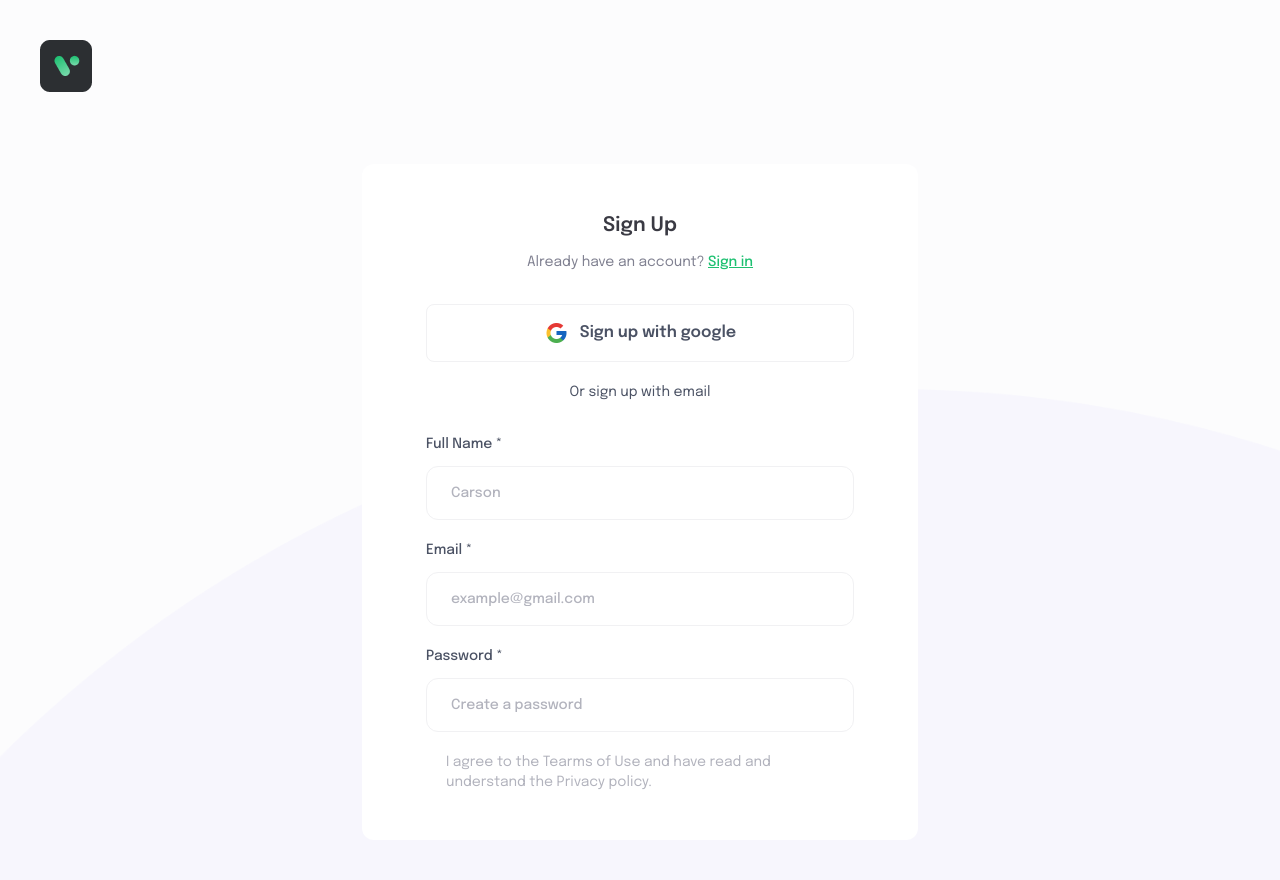
Repository: CarsonDev1/Crowfunding
Page: /sign-up
An editor plug-in stored every save of this project. The page is shown before and after the next save, followed by the edit.
The browser window is 1280 px wide. The pictures show the whole page.
The project was rebuilt for these pictures with package versions that can differ from the ones it lists, and the page was loaded fresh each time. Also part of the build but not shown: src/components/common/ErrorComponent.jsx, src/pages/SignIn.jsx.

Above is the page before, as saved 2023-04-07 11:26:52.

### public/index.html
<!DOCTYPE html>
<html lang="en">

<head>
  <meta charset="utf-8" />
  <link rel="icon" href="%PUBLIC_URL%/favicon.ico" />
  <meta name="viewport" content="width=device-width, initial-scale=1" />
  <meta name="theme-color" content="#000000" />
  <meta name="description" content="Web site created using create-react-app" />
  <link rel="apple-touch-icon" href="%PUBLIC_URL%/logo192.png" />
  <link rel="preconnect" href="https://fonts.googleapis.com">
  <link rel="preconnect" href="https://fonts.gstatic.com" crossorigin>
  <link
    href="https://fonts.googleapis.com/css2?family=Epilogue:ital,wght@0,300;0,400;0,500;0,600;0,700;0,800;0,900;1,300;1,400;1,500;1,600;1,700;1,800&family=Poppins:ital,wght@0,400;0,500;0,600;0,700;0,800;1,400;1,500;1,600;1,700&display=swap"
    rel="stylesheet">
  <!--
      manifest.json provides metadata used when your web app is installed on a
      user's mobile device or desktop. See https://developers.google.com/web/fundamentals/web-app-manifest/
    -->
  <link rel="manifest" href="%PUBLIC_URL%/manifest.json" />
  <!--
      Notice the use of %PUBLIC_URL% in the tags above.
      It will be replaced with the URL of the `public` folder during the build.
      Only files inside the `public` folder can be referenced from the HTML.

      Unlike "/favicon.ico" or "favicon.ico", "%PUBLIC_URL%/favicon.ico" will
      work correctly both with client-side routing and a non-root public URL.
      Learn how to configure a non-root public URL by running `npm run build`.
    -->
  <title>React App</title>
</head>

<body>
  <noscript>You need to enable JavaScript to run this app.</noscript>
  <div id="root"></div>
  <!--
      This HTML file is a template.
      If you open it directly in the browser, you will see an empty page.

      You can add webfonts, meta tags, or analytics to this file.
      The build step will place the bundled scripts into the <body> tag.

      To begin the development, run `npm start` or `yarn start`.
      To create a production bundle, use `npm run build` or `yarn build`.
    -->
</body>

</html>

### src/index.js
import React from "react";
import ReactDOM from "react-dom/client";
import "./index.scss";
import App from "./App";
import { BrowserRouter } from "react-router-dom";

const root = ReactDOM.createRoot(document.getElementById("root"));
root.render(
	<React.StrictMode>
		<BrowserRouter>
			<App />
		</BrowserRouter>
	</React.StrictMode>
);

### src/index.scss
@tailwind base;
@tailwind components;
@tailwind utilities;

@layer base {
	body {
		@apply font-primary text-base font-normal;
		line-height: 1.5;
	}
	input {
		@apply outline-none;
	}
}

### src/App.js
import { lazy } from "react";
import { Route, Routes } from "react-router-dom";
import SignIn from "./pages/SignIn";

const SignUp = lazy(() => import("./pages/SignUp"));

function App() {
	return (
		<Routes>
			<Route path="/sign-up" element={<SignUp />}></Route>
			<Route path="/sign-in" element={<SignIn />}></Route>
		</Routes>
	);
}

export default App;

### src/pages/SignUp.jsx
import React from "react";
import { useForm } from "react-hook-form";
import { Link } from "react-router-dom";
import { Input } from "components/input";
import { Label } from "components/label";
import LayoutAuthentication from "layouts/LayoutAuthentication";
import FormGroup from "components/common/FormGroup";

function SignUp() {
	const {
		handleSubmit,
		control,
		formState: { isValid, isSubmitting },
	} = useForm({});
	const handleSignUp = (values) => {};
	return (
		<LayoutAuthentication heading="Sign Up">
			<p className="mb-6 text-xs font-normal text-center lg:text-sm text-text3 lg:mb-8">
				Already have an account?{" "}
				<Link to="/sign-in" className="font-medium underline text-primary">
					Sign in
				</Link>
			</p>
			<button className="flex items-center justify-center w-full py-4 mb-5 text-base font-semibold border rounded-lg gap-x-3 border-strock text-text2">
				<img srcSet="/icon/Google.png 2x" alt="icon-google" />
				<span>Sign up with google</span>
			</button>
			<p className="mb-4 text-xs font-normal text-center lg:text-sm lg:mb-8 text-text2">Or sign up with email</p>
			<form onSubmit={handleSubmit(handleSignUp)}>
				<FormGroup>
					<Label htmlFor="name">Full Name *</Label>
					<Input placeholder="Carson" control={control} name="name" />
				</FormGroup>
				<FormGroup>
					<Label htmlFor="email">Email *</Label>
					<Input placeholder="example@gmail.com" type="email" control={control} name="email" />
				</FormGroup>
				<FormGroup>
					<Label htmlFor="password">Password *</Label>
					<Input placeholder="Create a password" type="password" control={control} name="password" />
				</FormGroup>
				<div className="flex items-start gap-x-5">
					<span></span>
					<p className="text-sm text-text4">
						I agree to the Tearms of Use and have read and understand the Privacy policy.
					</p>
				</div>
			</form>
		</LayoutAuthentication>
	);
}

export default SignUp;

### src/layouts/LayoutAuthentication.jsx
import React from "react";
import { Link } from "react-router-dom";
import PropTypes from "prop-types";
import { withErrorBoundary } from "react-error-boundary";
import ErrorComponent from "../components/common/ErrorComponent";

function LayoutAuthentication(props) {
	const { children, heading = "" } = props;
	return (
		<div className="relative w-full min-h-screen p-10 bg-lite isolate">
			<img
				src="/ellipse.png"
				alt="back-ground"
				className="absolute pointer-events-none bottom-0 left-0 right-0 z-[-1]"
			/>
			<Link to="/" className="inline-block mb-5 lg:mb-16">
				<img src="/Logo.png" alt="Logo" />
			</Link>
			<div className="w-full max-w-[556px] bg-white rounded-xl px-5 py-8 lg:px-16 lg:py-12 mx-auto">
				<h1 className="mb-1 text-lg font-semibold text-center lg:text-xl lg:mb-3 text-text1">{heading}</h1>
				{children}
			</div>
		</div>
	);
}
LayoutAuthentication.propTypes = {
	heading: PropTypes.string,
	children: PropTypes.node,
};

export default withErrorBoundary(LayoutAuthentication, {
	FallbackComponent: ErrorComponent,
});

### src/components/common/FormGroup.jsx
import React from "react";

function FormGroup({ children }) {
	return <div className="flex flex-col mb-5 gap-y-3">{children}</div>;
}

export default FormGroup;

### src/components/input/Input.jsx
import React from "react";
import { useController } from "react-hook-form";
import PropTypes from "prop-types";

function Input(props) {
	const { control, name, type = "text", ...rest } = props;
	const { field } = useController({
		control,
		name,
		defaultValue: "",
	});
	return (
		<div className="relative">
			<input
				id={name}
				type={type}
				className="w-full px-6 py-4 text-sm font-medium border rounded-xl border-strock text-text1 placeholder:text-text4"
				{...rest}
				{...field}
			/>
		</div>
	);
}
Input.propTypes = {
	name: PropTypes.string,
	type: PropTypes.string,
	control: PropTypes.any.isRequired,
};
export default Input;

### src/components/label/Label.jsx
import React from "react";
import PropTypes from "prop-types";

function Label(props) {
	const { children, htmlFor = "", className = "" } = props;
	return (
		<label htmlFor={htmlFor} className={`inline-block text-sm font-medium cursor-pointer text-text2 ${className}`}>
			{children}
		</label>
	);
}
Label.propTypes = {
	children: PropTypes.node,
	htmlFor: PropTypes.string,
	className: PropTypes.string,
};
export default Label;

### tailwind.config.js
/** @type {import('tailwindcss').Config} */
module.exports = {
	darkMode: "class",
	content: ["./src/**/*.{js,jsx,ts,tsx}"],
	theme: {
		extend: {
			fontFamily: {
				primary: ["Epilogue", "san-serif"],
			},
			colors: {
				primary: "#1DC071",
				secondary: "#6F49FD",
				text1: "#3A3A43",
				text2: "#4B5264",
				text3: "#808191",
				text4: "#B2B3BD",
				"icon-color": "#A2A2A8",
				white: "#FFFFFF",
				whiteSoft: "#FCFBFF",
				graySoft: "#FCFCFC",
				strock: "#F1F1F3",
				lite: "#FCFCFD",
				error: "#EB5757",
				darkbg: "#13131A",
				darkSecondary: "#1C1C24",
				softDark: "#22222C",
				darkSoft: "#24242C",
				darkStroke: "#3A3A43",
				darkRed: "#422C32",
			},
		},
	},
	plugins: [],
};

Loaded but not shown: src/components/input/index.js (common file); src/components/label/index.js (common file)

After the next save:
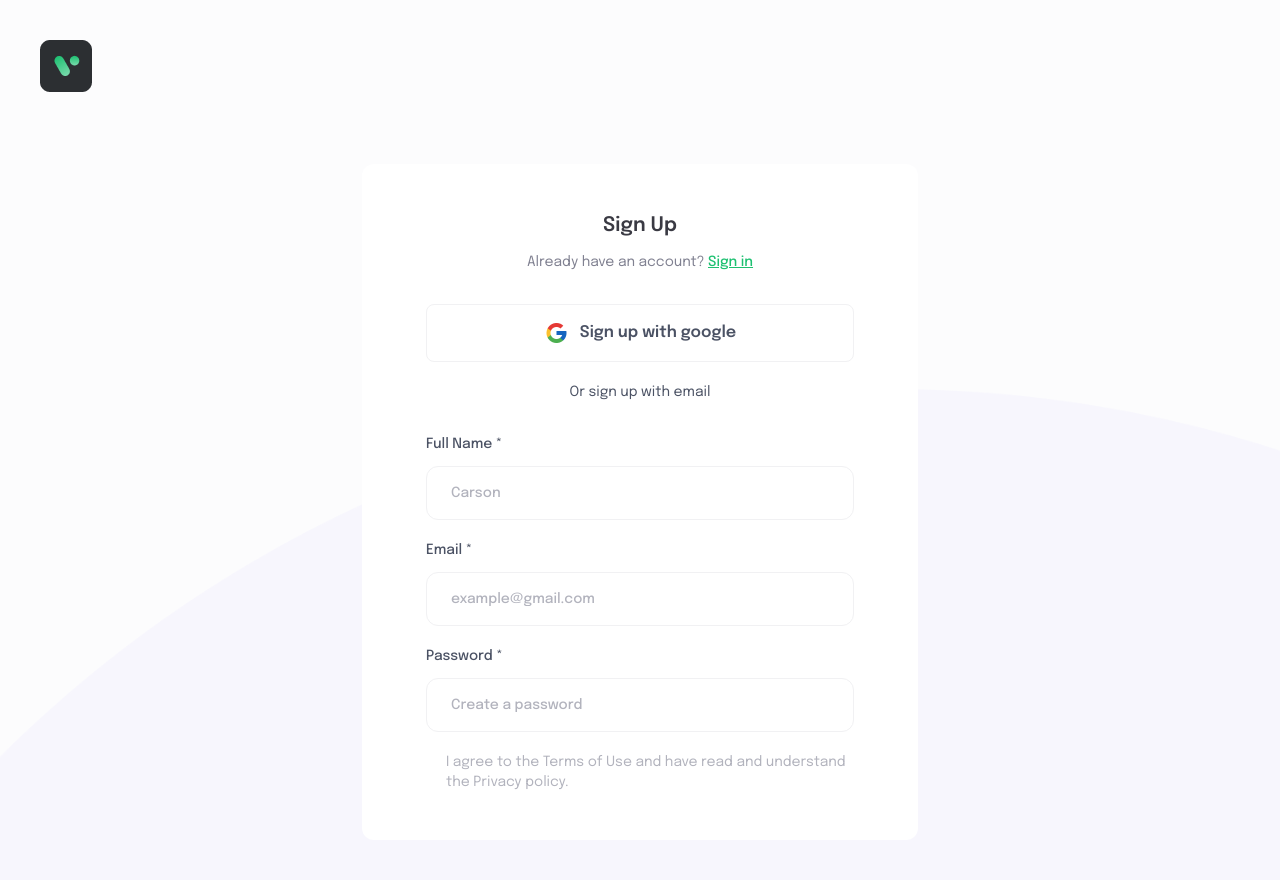
Saved 8 s later.
--- a/src/pages/SignUp.jsx
+++ b/src/pages/SignUp.jsx
@@ -42,7 +42,7 @@ function SignUp() {
 				<div className="flex items-start gap-x-5">
 					<span></span>
 					<p className="text-sm text-text4">
-						I agree to the Tearms of Use and have read and understand the Privacy policy.
+						I agree to the Terms of Use and have read and understand the Privacy policy.
 					</p>
 				</div>
 			</form>
